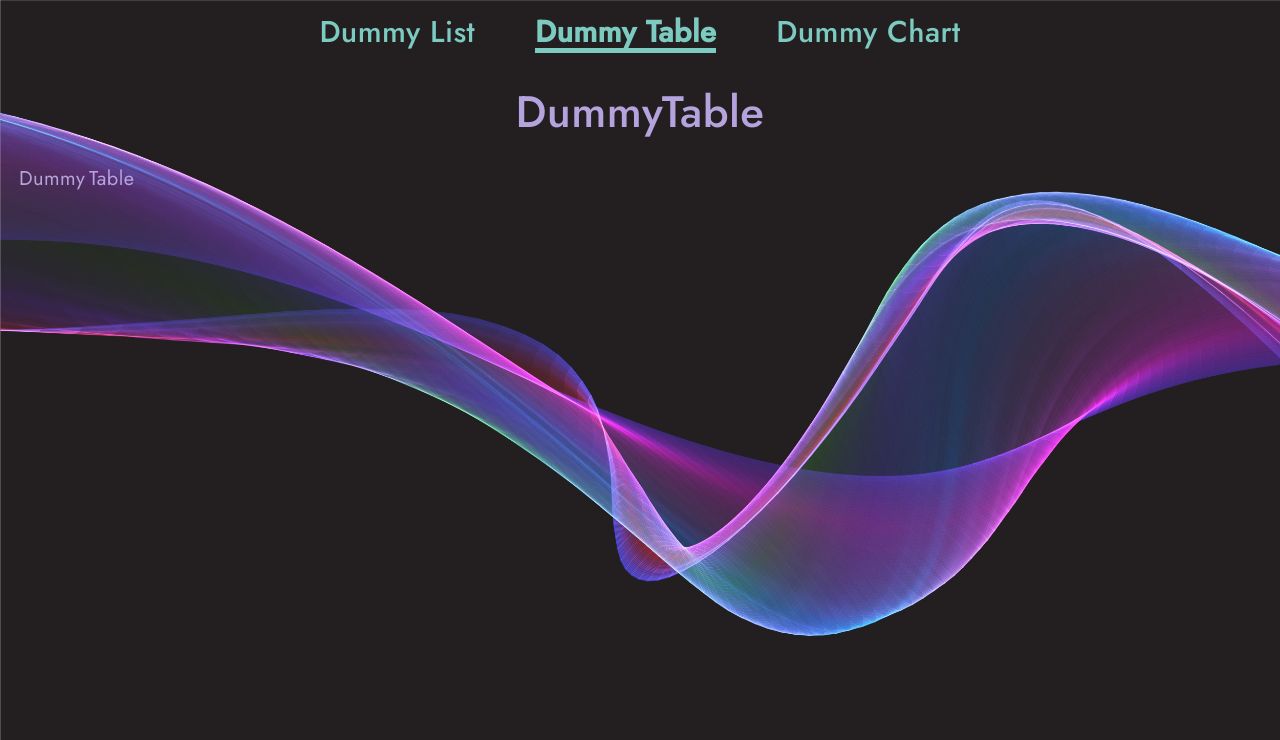
Repository: Vadim-27/backendless
Page: /tabs/dummyTable
The author's editor kept a copy of each file at every save. The page is drawn from the files as they stood at one save, then again after a run of saves.
The browser window is 1280 px wide. The pictures show the whole page.
Backgrounds fixed to the window are drawn as part of the page. The project was rebuilt for these pictures with package versions that can differ from the ones it lists, and the page was loaded fresh each time.

Above is the page before, as saved 2023-10-28 16:54:11.

### src/index.js
import React from 'react';
import ReactDOM from 'react-dom/client';
import { BrowserRouter } from 'react-router-dom';
import { App } from 'App';
import './index.scss';

ReactDOM.createRoot(document.getElementById('root')).render(
  <React.StrictMode>
    <BrowserRouter basename='/'>
    <App />
    </BrowserRouter>
  </React.StrictMode>
)

### src/App.jsx
import { Routes, Route } from "react-router-dom";
import { lazy } from "react";

import { Suspense } from "react";

const Navbar = lazy(() => import('modules/Navbar/Navbar'));
const DummyListPage = lazy(() => import('Pages/DummyListPage/DummyListPage'));
const DummyChartPage = lazy(() => import('Pages/DummyChartPage/DummyChartPage'));
const DummyTablePage = lazy(() => import('Pages/DummyTablePage/DummyTablePage'));
const NotFoundPage = lazy(() => import('Pages/NotFoundPage/NotFoundPage'));


export const App = () => {
  return (
    <div className="container">
      <Suspense>
        <Navbar />
        <Routes>
          <Route path="tabs/dummyList" element={<DummyListPage />} />
          <Route path="tabs/dummyChart" element={<DummyChartPage />} />
          <Route path="tabs/dummyTable" element={<DummyTablePage />} />
          <Route path="*" element={<NotFoundPage />} />
        </Routes>
      </Suspense>
    </div>
  );
};

### src/index.scss
@import './utils/base.scss';
@import './utils/normalize.scss';
@import './utils/variables.scss';
@import './utils/fonts.scss';

### src/modules/Navbar/Navbar.jsx
import { NavLink, Outlet } from "react-router-dom";
import tabs from "./tabs";

import css from './navbar.module.scss'

const Navbar = () => {
   const sortedTabs = [...tabs].sort((a, b) => a.order - b.order);

  const navbarList = sortedTabs.map(({ id, title, path }) => (
    <li key={id}>
      <NavLink className={css.link} to={path}>
        {title}
      </NavLink>
    </li>
  ));

  return (
    <div >
      <ul className={css.menu }>{navbarList}</ul>
      <Outlet />
    </div>
  );
}
export default Navbar;

### src/Pages/DummyTablePage/DummyTablePage.jsx
import DummyTable from "modules/DummyTable/DummyTable";

const DummyTablePage = () => {
  return <>
    <DummyTable/>
  </>
}
export default DummyTablePage;

### src/utils/base.scss
body {
  font-size: 14px;
  letter-spacing: 0.03em;
  margin: 0;
}

button {
  cursor: pointer;
}

a {
  text-decoration: none;
  outline: none;
}

h1,
h2,
h4,
h5 {
  margin-top: 0;
  margin-bottom: 0;
}

p {
  margin-bottom: 0;
  margin-top: 0;
}

ul {
  padding: 0;
  margin-top: 0;
  margin: 0;
  margin-bottom: 0;
  list-style: none;
}

img {
  display: block;
  max-width: 100%;
  height: auto;
}
.container {
  box-sizing: content-box;

  margin-left: auto;
  margin-right: auto;
  padding-right: 16px;
  padding-bottom: 20px;
  padding-left: 16px;
  background-image: url(../../assets/img/landing_page_template_with_flowing_lines_design_2805.jpg);
  background-size: cover, cover;
  background-repeat: no-repeat;
  background-attachment: fixed;
  height: 100vh;
}

### src/utils/normalize.scss
::after,
::before {
  box-sizing: border-box;
}
html {
  -moz-tab-size: 4;
  tab-size: 4;
}
html {
  line-height: 1.15;
  -webkit-text-size-adjust: 100%;
}
body {
  margin: 0;
}
body {
  font-family: system-ui, -apple-system, "Segoe UI", Roboto, Helvetica, Arial,
    sans-serif, "Apple Color Emoji", "Segoe UI Emoji";
}
hr {
  height: 0;
  color: inherit;
}
abbr[title] {
  text-decoration: underline dotted;
}
b,
strong {
  font-weight: bolder;
}
code,
kbd,
pre,
samp {
  font-family: ui-monospace, SFMono-Regular, Consolas, "Liberation Mono", Menlo,
    monospace;
  font-size: 1em;
}
small {
  font-size: 80%;
}
sub,
sup {
  font-size: 75%;
  line-height: 0;
  position: relative;
  vertical-align: baseline;
}
sub {
  bottom: -0.25em;
}
sup {
  top: -0.5em;
}
table {
  text-indent: 0;
  border-color: inherit;
}
button,
input,
optgroup,
select,
textarea {
  font-family: inherit;
  font-size: 100%;
  line-height: 1.15;
  margin: 0;
}
button,
select {
  text-transform: none;
}
[type="button"],
[type="reset"],
[type="submit"],
button {
  -webkit-appearance: button;
}
::-moz-focus-inner {
  border-style: none;
  padding: 0;
}
:-moz-focusring {
  outline: 1px dotted ButtonText;
}
:-moz-ui-invalid {
  box-shadow: none;
}
legend {
  padding: 0;
}
progress {
  vertical-align: baseline;
}
::-webkit-inner-spin-button,
::-webkit-outer-spin-button {
  height: auto;
}
[type="search"] {
  -webkit-appearance: textfield;
  outline-offset: -2px;
}
::-webkit-search-decoration {
  -webkit-appearance: none;
}
::-webkit-file-upload-button {
  -webkit-appearance: button;
  font: inherit;
}
summary {
  display: list-item;
}

### src/utils/variables.scss
:root {
  --primary-primary: #b5a3de;
  --primary-secondary: #7dcac0;
}

### src/utils/fonts.scss
@font-face {
  font-family: "Jost-Regular";
  font-style: normal;
  font-weight: 400;
  font-display: swap;
  src: url("../fonts/Jost-Regular.ttf");
}

@font-face {
  font-family: "Jost-Medium";
  font-style: normal;
  font-weight: 500;
  font-display: swap;
  src: url("../fonts/Jost-Medium.ttf");
}

### src/modules/Navbar/tabs.js
const tabs = [
  {
    id: 'dummyTable',
    title: 'Dummy Table',
    order: 1,
    path: 'tabs/dummyTable',
  },
  {
    id: 'dummyChart',
    title: 'Dummy Chart',
    order: 2,
    path: 'tabs/dummyChart',
  },
  { id: 'dummyList', title: 'Dummy List', order: 0, path: 'tabs/dummyList' },
];

export default tabs;

### src/modules/Navbar/navbar.module.scss
.menu {
    list-style: none;
    display: flex;
    gap: 60px;
    justify-content: center;
}

.link {
    padding-bottom: 5px;
    text-decoration: none;
    color: var(--primary-secondary);
    display: inline-block;
    padding: 10px 0px;
    font-family: Jost-Medium;
font-size: 30px;
font-style: normal;
font-weight: 500;
line-height: normal;
}

.link:global(.active) {
    font-weight: bold;

   position: relative;

}

.link:global(.active)::after {
    content: "";
    position: absolute;
    bottom: 10px;
    left: 0;
    width: 100%;
    border-bottom: 5px solid;
}

### src/modules/DummyTable/DummyTable.jsx
import css from './dummyTable.module.scss';
const DummyTable = () => {
  return (
    <div>
      <h1 className={css.titleSection}>DummyTable</h1>
      <table className={css.table}>
        <tr>
          <td>Dummy</td>
          <td>Table</td>
        </tr>
      </table>
    </div>
  );
}
export default DummyTable;

### src/modules/DummyTable/dummyTable.module.scss
.titleSection{
  text-align: center;
   padding: 20px;
  color: var(--primary-primary);
font-family: Jost-Medium;
font-size: 44px;
font-style: normal;
font-weight: 500;
line-height: 58px;
}
.table{
  text-align: center;
  color: var(--primary-primary);
font-family: Jost-Regular;
font-size: 20px;
font-style: normal;
font-weight: 400;
line-height: normal;
}

Loaded but not shown: public/index.html (common file)

After the next 3 saves:
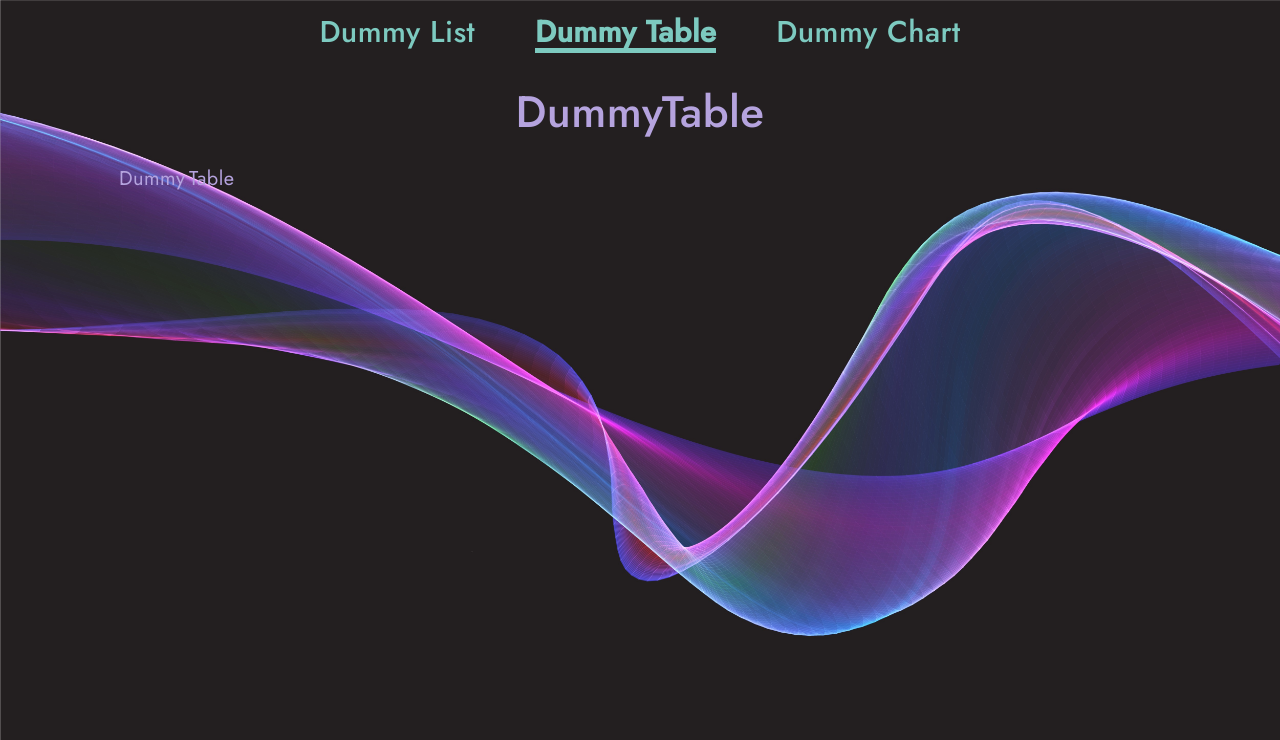
The 3 saves are shown as one change because they came seconds apart.
The last was saved 85 s later.
--- a/src/modules/DummyTable/dummyTable.module.scss
+++ b/src/modules/DummyTable/dummyTable.module.scss
@@ -9,7 +9,7 @@ font-weight: 500;
 line-height: 58px;
 }
 .table{
-  text-align: center;
+  margin-left: 100px;
   color: var(--primary-primary);
 font-family: Jost-Regular;
 font-size: 20px;
